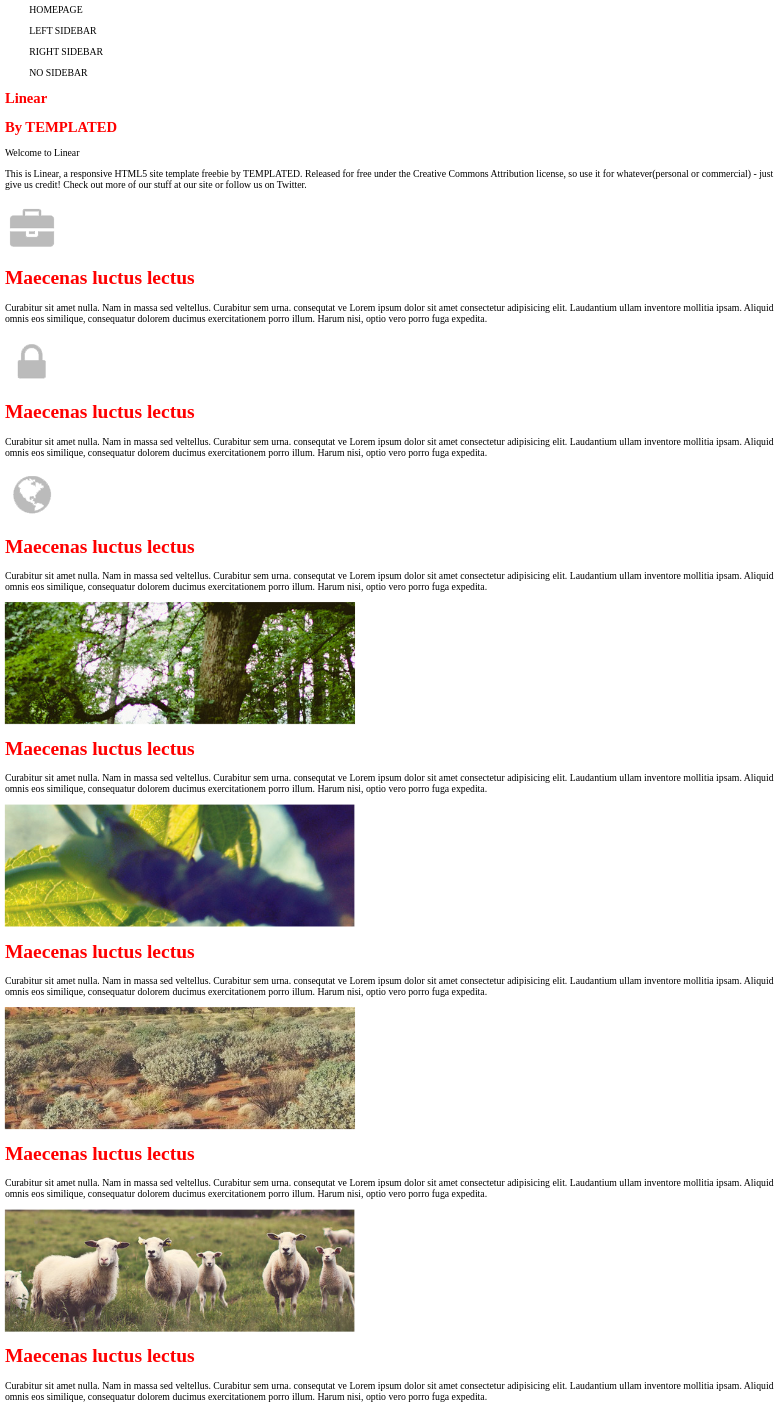
Repository: zhaojing/ThreeWeek
Page: week1.html
An editor plug-in stored every save of this project. The page is shown before and after the next save, followed by the edit.
The browser window is 1280 px wide. The pictures show the whole page, at 61% of full size.

Above is the page before, as saved 2018-04-24 18:20:24.

### week1.html
<html lang="en">

<head>
    <meta charset="UTF-8">
    <meta name="viewport" content="width=device-width, initial-scale=1.0">
    <meta http-equiv="X-UA-Compatible" content="ie=edge">
    <title>3 weeks 3 pages first week</title>
    <link href="./css/first-page.css" rel="stylesheet">
</head>

<body>
    <header>
        <nav>
            <ul>HOMEPAGE</ul>
            <ul>LEFT SIDEBAR</ul>
            <ul>RIGHT SIDEBAR</ul>
            <ul>NO SIDEBAR</ul>
        </nav>
        <section>
            <h1>Linear</h1>
            <h1>By TEMPLATED</h1>
        </section>
    </header>
    <div>
        <P>Welcome to Linear</P>
        <P>This is Linear, a responsive HTML5 site template freebie by TEMPLATED. Released for free under the Creative Commons
            Attribution license, so use it for whatever(personal or commercial) - just give us credit! Check out more of
            our stuff at our site or follow us on Twitter.</P>
    </div>
    <div>
        <div>
            <img src="images/icon1.png" />
            <h1>Maecenas luctus lectus</h1>
            <P>Curabitur sit amet nulla. Nam in massa sed veltellus. Curabitur sem urna. consequtat ve Lorem ipsum dolor sit
                amet consectetur adipisicing elit. Laudantium ullam inventore mollitia ipsam. Aliquid omnis eos similique,
                consequatur dolorem ducimus exercitationem porro illum. Harum nisi, optio vero porro fuga expedita.</P>
        </div>
        <div>
            <img src="images/icon2.png" />
            <h1>Maecenas luctus lectus</h1>
            <P>Curabitur sit amet nulla. Nam in massa sed veltellus. Curabitur sem urna. consequtat ve Lorem ipsum dolor sit
                amet consectetur adipisicing elit. Laudantium ullam inventore mollitia ipsam. Aliquid omnis eos similique,
                consequatur dolorem ducimus exercitationem porro illum. Harum nisi, optio vero porro fuga expedita.</P>
        </div>
        <div>
            <img src="images/icon3.png" />
            <h1>Maecenas luctus lectus</h1>
            <P>Curabitur sit amet nulla. Nam in massa sed veltellus. Curabitur sem urna. consequtat ve Lorem ipsum dolor sit
                amet consectetur adipisicing elit. Laudantium ullam inventore mollitia ipsam. Aliquid omnis eos similique,
                consequatur dolorem ducimus exercitationem porro illum. Harum nisi, optio vero porro fuga expedita.</P>
        </div>
    </div>
    <div>
        <div>
            <img src="images/pic01.jpg" />
            <h1>Maecenas luctus lectus</h1>
            <P>Curabitur sit amet nulla. Nam in massa sed veltellus. Curabitur sem urna. consequtat ve Lorem ipsum dolor sit
                amet consectetur adipisicing elit. Laudantium ullam inventore mollitia ipsam. Aliquid omnis eos similique,
                consequatur dolorem ducimus exercitationem porro illum. Harum nisi, optio vero porro fuga expedita.</P>
        </div>
        <div>
            <img src="images/pic02.jpg" />
            <h1>Maecenas luctus lectus</h1>
            <P>Curabitur sit amet nulla. Nam in massa sed veltellus. Curabitur sem urna. consequtat ve Lorem ipsum dolor sit
                amet consectetur adipisicing elit. Laudantium ullam inventore mollitia ipsam. Aliquid omnis eos similique,
                consequatur dolorem ducimus exercitationem porro illum. Harum nisi, optio vero porro fuga expedita.</P>
        </div>
        <div>
            <img src="images/pic03.jpg" />
            <h1>Maecenas luctus lectus</h1>
            <P>Curabitur sit amet nulla. Nam in massa sed veltellus. Curabitur sem urna. consequtat ve Lorem ipsum dolor sit
                amet consectetur adipisicing elit. Laudantium ullam inventore mollitia ipsam. Aliquid omnis eos similique,
                consequatur dolorem ducimus exercitationem porro illum. Harum nisi, optio vero porro fuga expedita.</P>
        </div>
        <div>
            <img src="images/pic04.jpg" />
            <h1>Maecenas luctus lectus</h1>
            <P>Curabitur sit amet nulla. Nam in massa sed veltellus. Curabitur sem urna. consequtat ve Lorem ipsum dolor sit
                amet consectetur adipisicing elit. Laudantium ullam inventore mollitia ipsam. Aliquid omnis eos similique,
                consequatur dolorem ducimus exercitationem porro illum. Harum nisi, optio vero porro fuga expedita.</P>
        </div>
    </div>

</body>

</html>

Loaded but not shown: css/first-page.css (common file)

After the next save:
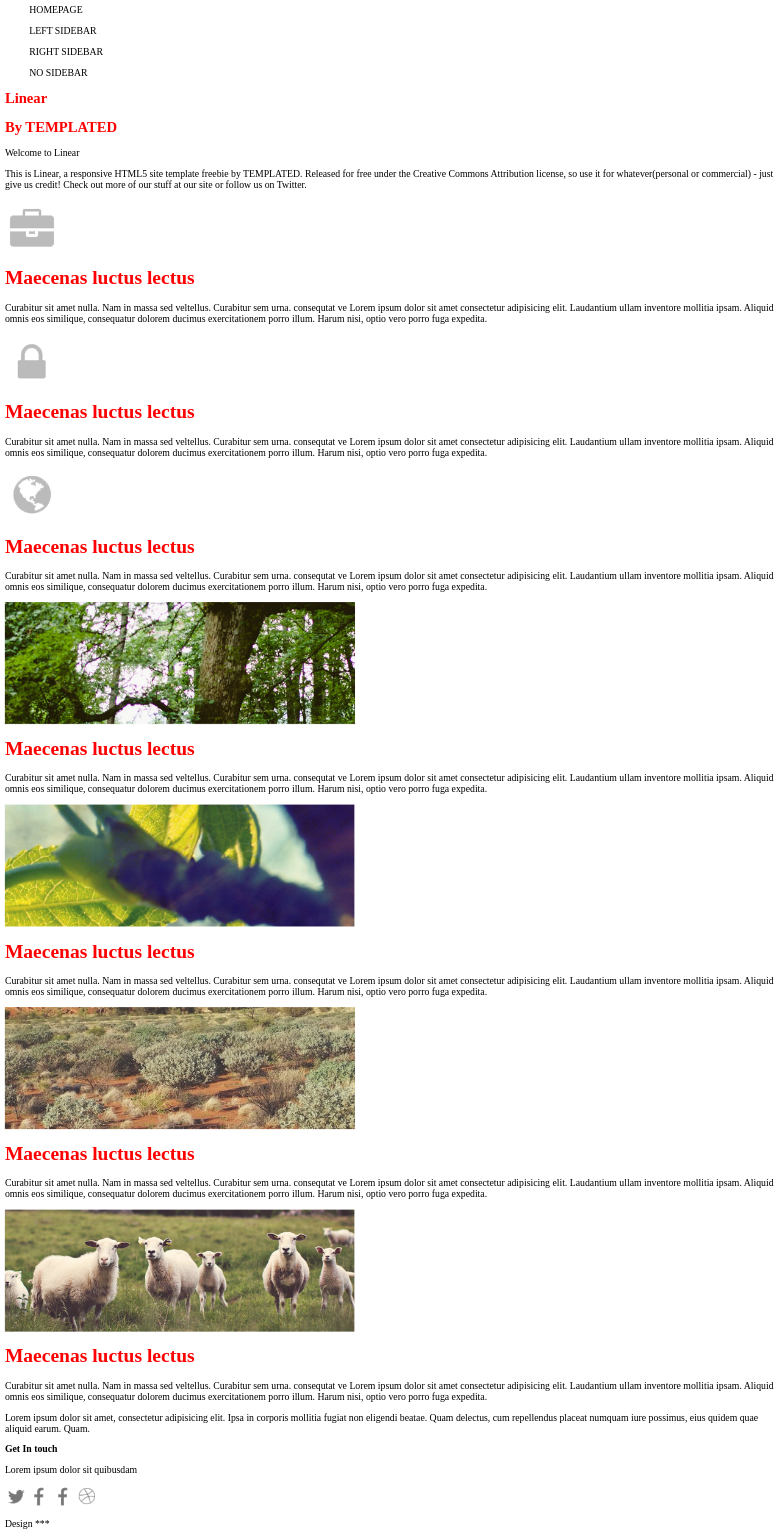
Saved 7 min 5 s later.
--- a/week1.html
+++ b/week1.html
@@ -80,7 +80,19 @@
                 consequatur dolorem ducimus exercitationem porro illum. Harum nisi, optio vero porro fuga expedita.</P>
         </div>
     </div>
-
+    <P>Lorem ipsum dolor sit amet, consectetur adipisicing elit. Ipsa in corporis mollitia fugiat non eligendi beatae. Quam
+        delectus, cum repellendus placeat numquam iure possimus, eius quidem quae aliquid earum. Quam.</P>
+    <footer>
+        <strong>Get In touch</strong>
+        <p>Lorem ipsum dolor sit quibusdam </p>
+        <div>
+           <img src="images/t.png"/>
+           <img src="images/f.png"/>
+           <img src="images/f.png"/>
+           <img src="images/d.png"/>
+        </div>
+        <p>Design ***</p>
+    </footer>
 </body>
 
 </html>
